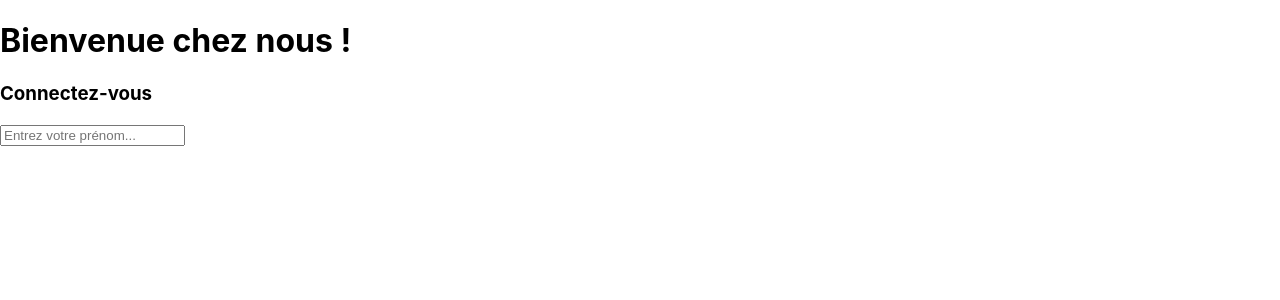
Repository: dimitrivitulin/crazee-burger
Page: /
An editor plug-in stored every save of this project. The page is shown before and after the next save, followed by the edit.
The browser window is 1280 px wide. The pictures show the whole page.
The project was rebuilt for these pictures with package versions that can differ from the ones it lists, and the page was loaded fresh each time.

Above is the page before, as saved 2023-01-19 00:13:39.

After the next save:
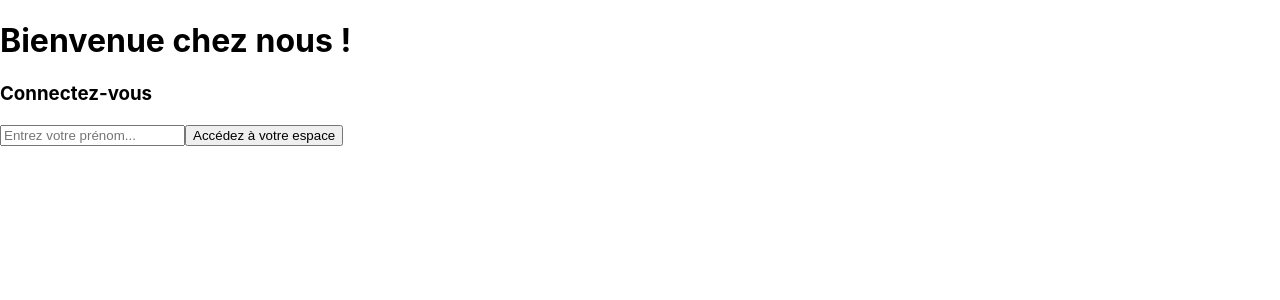
Saved 31 s later.
--- a/src/App.js
+++ b/src/App.js
@@ -7,6 +7,7 @@
       <h3>Connectez-vous</h3>
       <form>
         <input type="text" placeholder="Entrez votre prénom..." />
+        <button>Accédez à votre espace</button>
       </form>
     </div>
   );
